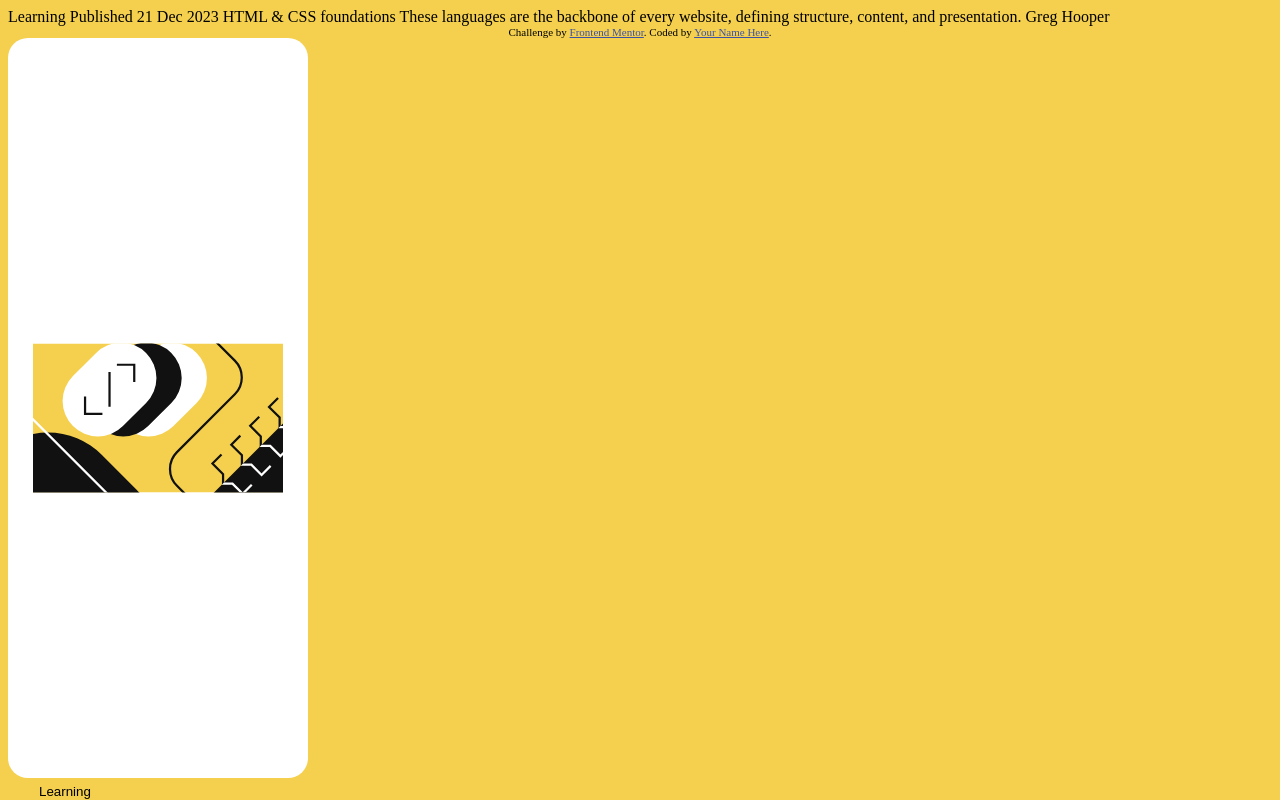
Repository: Dayvid0/FRONTEND_MENTOR_CHALLENGES
Page: index.html
The author's editor kept a copy of each file at every save. The page is drawn from the files as they stood at one save, then again after the next save.
The browser window is 1280 px wide. The pictures show the whole page.

Above is the page before, as saved 2025-03-13 12:57:49.

After the next save:
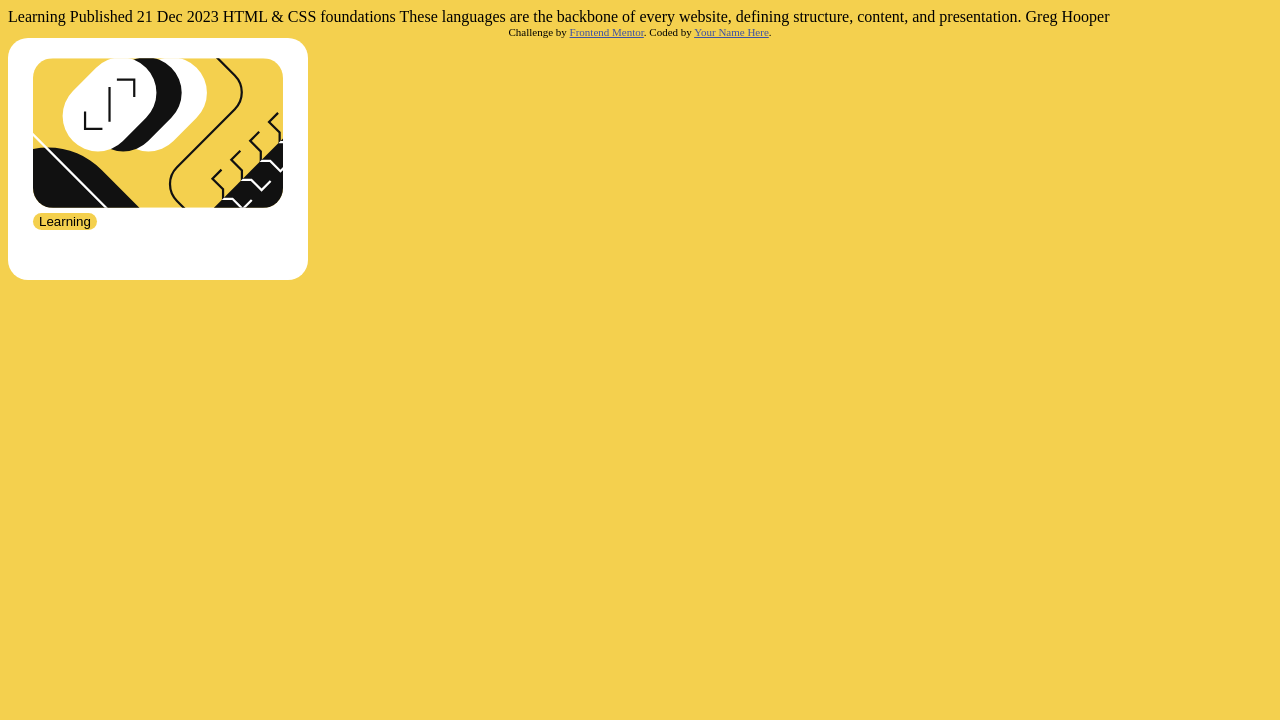
Saved 19 s later.
--- a/index.html
+++ b/index.html
@@ -22,6 +22,7 @@
       justify-content: center;
       align-items: center;
       padding-top: 20px;
+      padding-bottom: 50px;
       background-color: white;
       width: 300px;
       border-radius: 20px;
@@ -29,7 +30,7 @@
     .img {
       width: 250px;
       border-radius: 20px;
-      height: 100vh;
+      height:;
     }
   </style>
 </head>
